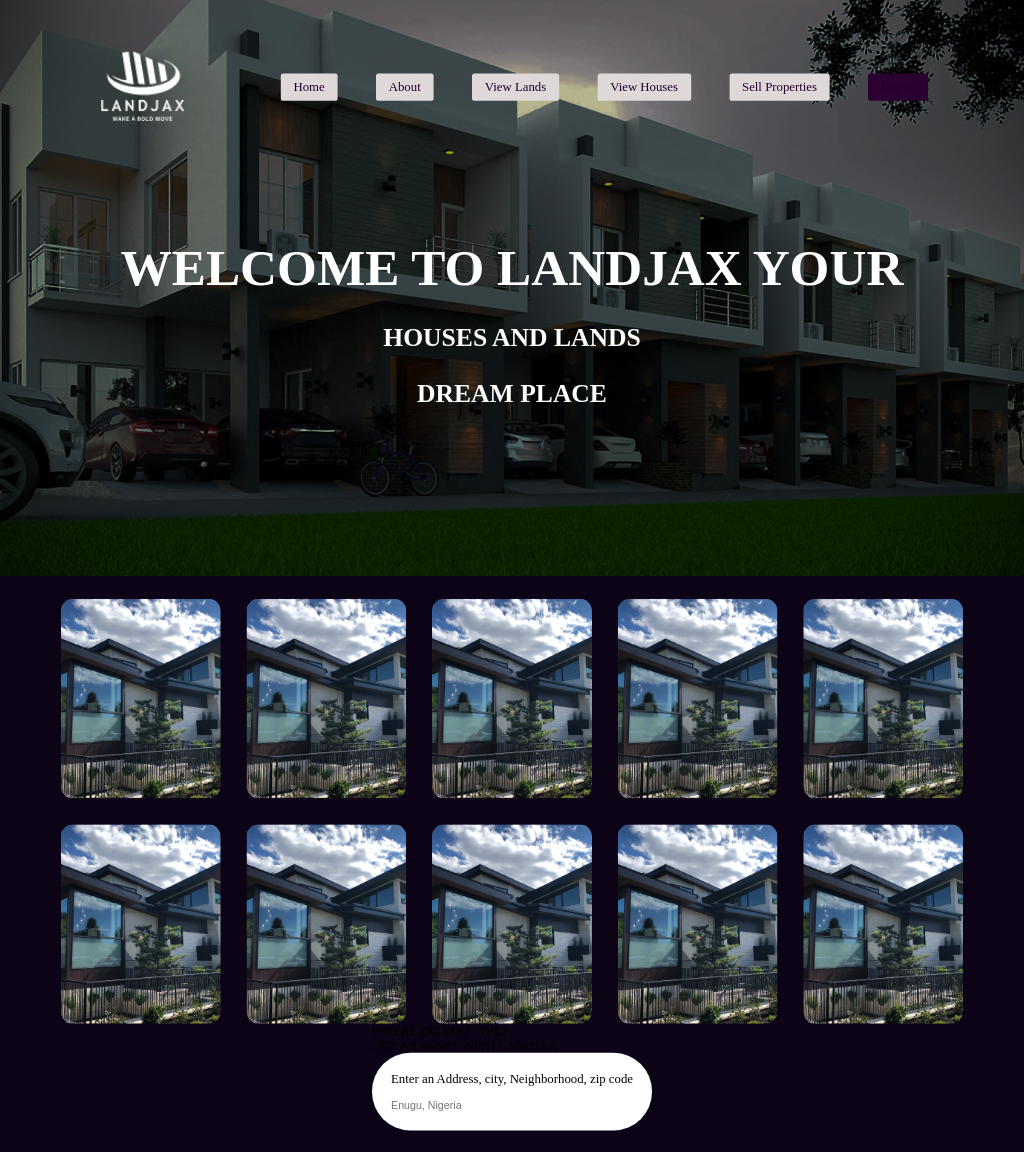
Repository: NorVirae/landjax-frontend
Page: /
These files come from the project's save history. The page is drawn as it stood at one moment and after a run of saves; the edit follows.
The browser window is 1280 px wide. The pictures show the whole page, at 80% of full size.
The project was rebuilt for these pictures with package versions that can differ from the ones it lists, and the page was loaded fresh each time. The framework's server and built-in components were replaced by stand-ins that run in the browser. Also part of the build but not shown: next.config.js.

Above is the page before, as saved 2022-07-02 16:13:16.

### pages/_app.tsx
import '../src/styles/Landing.css'
import '../src/styles/Global.css'


import type { AppProps } from 'next/app'

function MyApp({ Component, pageProps }: AppProps) {
  return <Component {...pageProps} />
}

export default MyApp

### pages/index.tsx
import type { NextPage } from 'next'
import Head from 'next/head'
import Image from 'next/image'
import Navbar from '../src/components/Navbar'
import HouseImg from '../src/assets/24.png'

const Home = () => {
  return (
    <div>
      <Head>
        <title>Land Jax</title>
        <meta name="description" content="Generated by create next app" />
        <link rel="icon" href="/favicon.ico" />
      </Head>


      <main>
        <section className='carousel__container'>
          <Navbar />

          <div className='carousel__welcome-screen'>
            <h2 className='carousel__welcome-text'>WELCOME TO LANDJAX YOUR</h2>
            <h3 className='carousel__house-lands'>HOUSES AND LANDS</h3>
            <h4 className='carousel__dream-place'>DREAM PLACE</h4>

          </div>

        </section>

        <section className='house__preview'>

          <div className='house__preview-inner'>
            <Image src={HouseImg} height={"250rem"} objectFit={"cover"} width="200rem" className='house__image-preview'/>
            <Image src={HouseImg} height={"250rem"} objectFit={"cover"} width="200rem" className='house__image-preview'/>
            <Image src={HouseImg} height={"250rem"} objectFit={"cover"} width="200rem" className='house__image-preview'/>
            <Image src={HouseImg} height={"250rem"} objectFit={"cover"} width="200rem" className='house__image-preview'/>
            <Image src={HouseImg} height={"250rem"} objectFit={"cover"} width="200rem" className='house__image-preview'/>
            <Image src={HouseImg} height={"250rem"} objectFit={"cover"} width="200rem" className='house__image-preview'/>
            <Image src={HouseImg} height={"250rem"} objectFit={"cover"} width="200rem" className='house__image-preview'/>
            <Image src={HouseImg} height={"250rem"} objectFit={"cover"} width="200rem" className='house__image-preview'/>
            <Image src={HouseImg} height={"250rem"} objectFit={"cover"} width="200rem" className='house__image-preview'/>
            <Image src={HouseImg} height={"250rem"} objectFit={"cover"} width="200rem" className='house__image-preview'/>

          </div>

          <section>
            <p> WHERE DO YOU LIVE?</p>
            <p> GET AN ASSET WITH <span>LANDJAX</span></p>

            <div className='house__form-group'>
              <label className='house__form-label'>Enter an Address, city, Neighborhood, zip code</label>
              <input className="house__form-control" placeholder='Enugu, Nigeria' />
            </div>


          </section>

        </section>


      </main>

      <footer>

      </footer>
    </div>
  )
}

export default Home

### src/styles/Landing.css
.carousel__container{
    background-repeat: no-repeat;
    background-image: url('../assets/1.png');
    background-size: cover;
    height: 100vh;
    width: 100vw;
}
.navbar{
    display: flex;
    justify-content: space-around;
    padding: 4rem;
    align-items: center;
}


.navbar .nav {
    display: flex;
    text-decoration: none;
    list-style: none;
    gap: 3rem;
}

.navbar .nav a{

}

.navbar__nav-link{
    /* padding: 3rem 2rem; */
    color: #25012C;
}

.navbar__nav-item{
    background-color: #DED8D9;
    color: #25012C;
    padding: .5rem 1rem;
    border-radius: .2rem;

}

.sign-in{
    background-color: #290230;
    color: #DFDDDF!important;

}

.carousel__welcome-screen{
    padding: 5rem 3rem;
    color: white;
    display: flex;
    justify-content: center;
    align-items: center;
    flex-direction: column;
    gap: 2rem;
}


.carousel__welcome-text{
    font-size: 4rem;
}
.carousel__house-lands{
    font-size: 2rem;
}
.carousel__dream-place{
    font-size: 2rem;
}


.house__preview{
    height: 100vh;
    width: 100vw;
    display: flex;
    justify-content: center;
    align-items: center;
    display: flex;
    flex-direction: column;
    background-color: #0D0316;
    position: relative;

}

.house__preview-inner{
    display: grid;
    gap: 2rem;
    grid-template-columns: repeat(5, 1fr);

}

.house__preview-overlay{
    background-color: #0000007e;
    height: 100vh;
    width: 100vw;
    position: absolute;
    left: 0%;
    top: 0%;
    z-index: 2;
}

.house__image-preview{
    border-radius: 1rem;
}

.house__intro {
    display: flex;
    justify-content: center;
    align-items: center;
    flex-direction: column;
    gap: 2rem;
    position: absolute;
    color: white;
    z-index: 3;
}

.house__live{
    font-size: 3rem;
}

.house__asset{
    font-size: 1.2rem;
}

.house__land-annouce{
    font-weight: 900;
    font-size: 1.3rem;
}

.house__form-group{
    background-color: white;
    border: 1rem;
    padding: 1.5rem;
    border-radius: 3rem;
    display: flex;
    flex-direction: column;
    gap: 1rem;
    width: 100%;
}

.house__form-label{
    color: black;
}

.house__form-control{
    border: none;
}

.house__form-control:focus{
    outline: none;
}

.house__btn-ecom-container{
    display: flex;
    gap: 2rem;
}

.house__btn-buy-prop{
    padding: 1rem 1.5rem;
    border-radius: 1rem;
    color: #470C76;

}

.house__btn-sell-prop{
    padding: 1rem 1.5rem;
    border-radius: 1rem;
    color: #E1E2E2;
    background-color: transparent;
    border: .1rem solid #E1E2E2;

}

.future__container{
    width: 100vw;
    background-color: #0C0215;
    padding: 2rem 3rem;

    display: flex;
    justify-content: center;
    align-items: center;
    flex-direction: column;
    gap: 2rem;
}

.future__header{
    color: white;
    display: flex;
    align-items: center;
    gap: 3rem;
    padding: 3rem 7rem;
}


.future__prop-text{
    font-size: 3rem;

}
.future__btn-prop{
    font-size: 1.2rem;
    padding: 1rem 3rem;
    background-color: #2B0549;
    color: white;
    border: none;
}
.future__houses-card-container{
    display: grid;
    grid-template-columns: repeat(3, 1fr);
    gap: 2rem;
    margin: auto 3rem;
    max-width: 60rem;
}

.future__house-card{
    display: flex;
    flex-direction: column;
    color: white;
    border-top-left-radius: 2rem;
    border-top-right-radius: 2rem;
    height: 100%;
    background-color: #ffff;
    position: relative;

}

.future__card-img{
    border-top-left-radius: 2rem;
    border-top-right-radius: 2rem;

}

.future__card-body{
    display: flex;
    flex-direction: column;
    color: #000;
    gap: 1rem;
    padding: 2rem;
}

.future__card-title{
    font-weight: 900;
    font-size: 1.5rem;
}

.future__card-price{
    font-size: 1.4rem;
    font-weight: 900;
}

.future__card-desc{
    font-size: 1rem;
}

.future__profile-container{
    display: flex;
    align-items: center;
    gap: 1rem;

}
.future__profile-img{
    border-radius: 100%;
}

.future__btn-sale{
    background-color: #5E4D7C;
    color: #EBE9EF;
    padding: .3rem 1rem;
    border-radius: .3rem;
    position: absolute;
    border: none;
    font-size: .9rem;
    right: 5%;
    top: 5%;
    z-index: 2;
}

.explore__market-container{
    display: flex;
    gap: 4rem;
    justify-content: space-around;
    background-image: url(../assets//16.png);
}

### src/styles/Global.css
* {
    padding: 0;
    margin: 0;
    box-sizing: border-box;
}

a {
    text-decoration: none;
}

### src/components/Navbar.tsx
import Link from "next/link";
import React from "react";
import Image from "next/image";
import Logo from "../assets/logo.png"

const Navbar:React.FC = ({}) => {

    return (
        <nav className="navbar">
            <Link href="#">
                <Image className="navbar_brand" src={Logo} width="120rem" objectFit="contain" height="90rem" />
            </Link>
            <ul className="nav">
                <li className="navbar__nav-item">
                    <Link href={"/"}>
                        <a className={"navbar__nav-link"}>
                            Home
                        </a>
                    </Link>
                </li>

                <li className="navbar__nav-item">
                    <Link href={"/"}>
                        <a className={"navbar__nav-link"}>
                            About
                        </a>
                    </Link>
                </li>

                <li className="navbar__nav-item">
                    <Link href={"/view/lands"}>
                        <a className={"navbar__nav-link"}>
                            View Lands
                        </a>
                    </Link>
                </li>

                <li className="navbar__nav-item">
                    <Link href={"/view/houses"}>
                        <a className={"navbar__nav-link"}>
                            View Houses
                        </a>
                    </Link>
                </li>

                <li className="navbar__nav-item">
                    <Link href={"/sell/properties"}>
                        <a className={"navbar__nav-link"}>
                            Sell Properties
                        </a>
                    </Link>
                </li>

                <li className="navbar__nav-item sign-in">
                    <Link href={"/login"}>
                        <a className={"navbar__nav-link"}>
                            Log In
                        </a>
                    </Link>
                </li>
            </ul>
        </nav>
    )

}

export default Navbar;

After the next 7 saves:
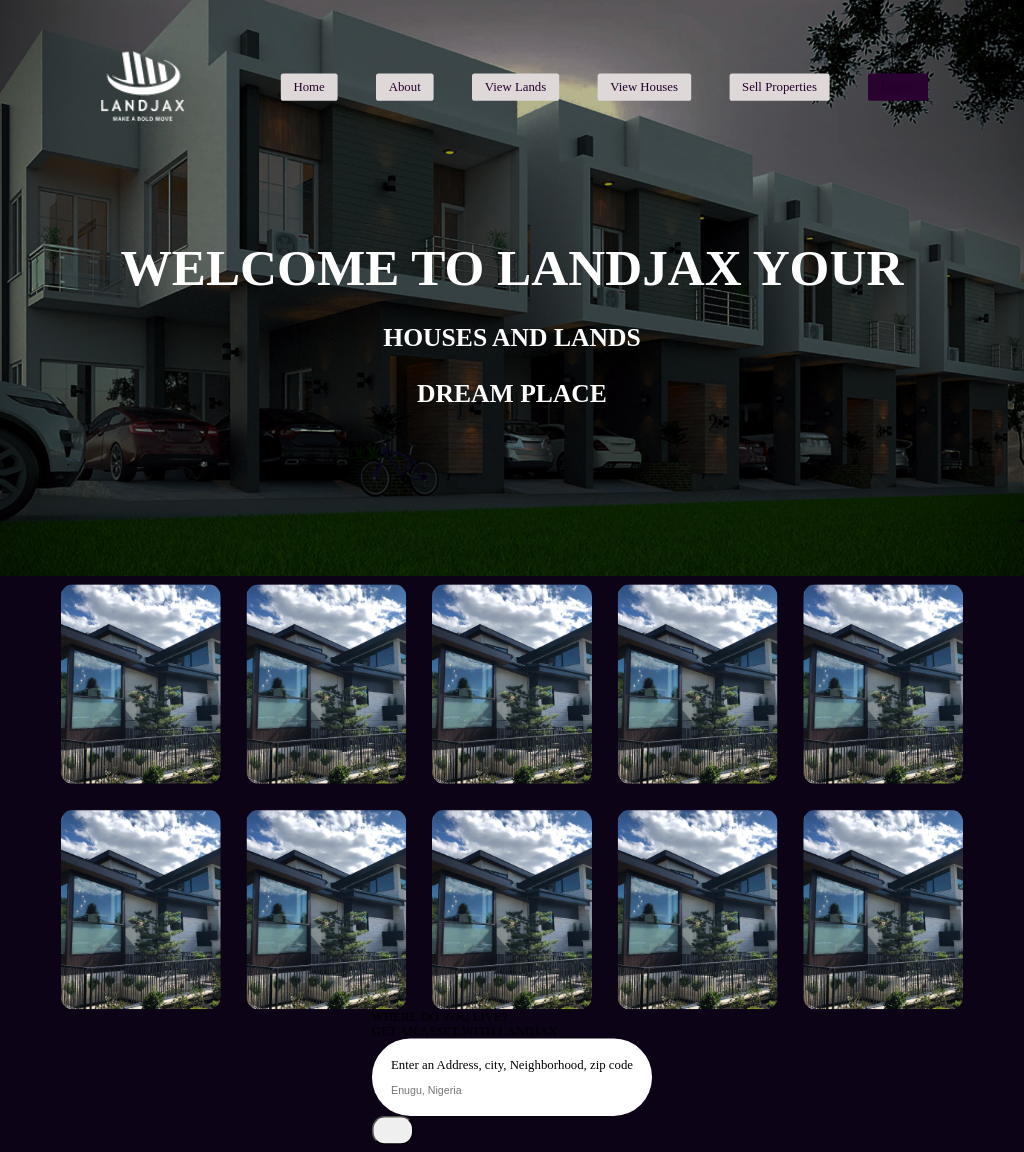
The 7 saves are shown as one change because 2 did not build or start and some came seconds apart.
The last was saved 32 s later.
--- a/pages/index.tsx
+++ b/pages/index.tsx
@@ -52,7 +52,7 @@ const Home = () => {
               <input className="house__form-control" placeholder='Enugu, Nigeria' />
             </div>
 
-
+            <button className='house__btn-buy-prop'></button>
           </section>
 
         </section>
